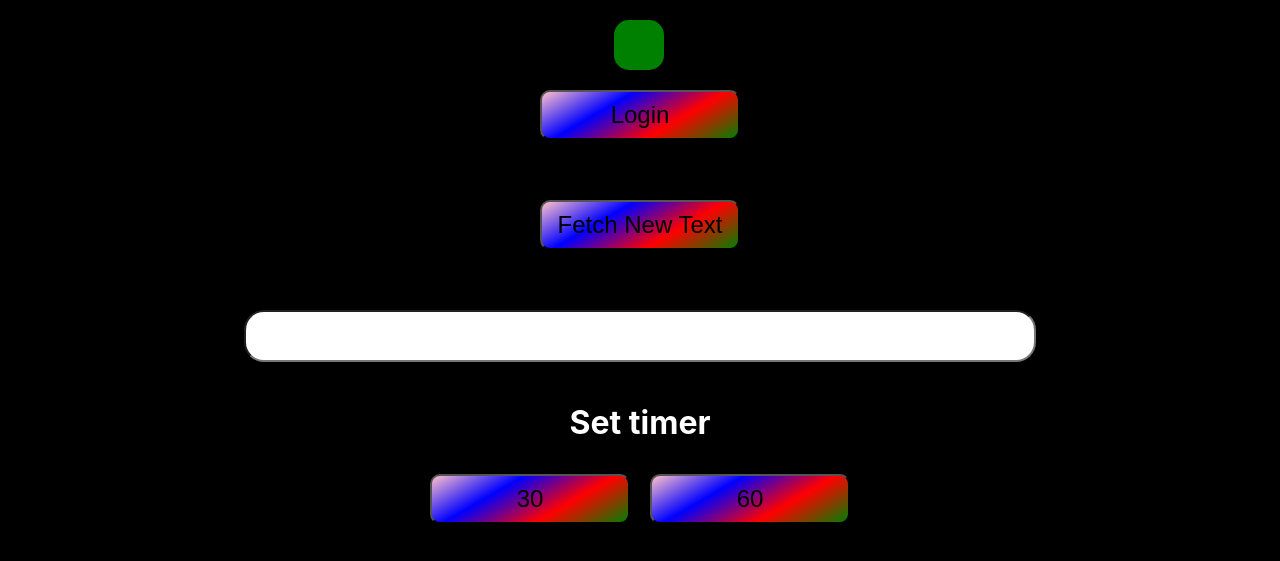
Repository: abhaysharma20233009/swiftKey
Page: / (app in frontend/my-app/)
An editor plug-in stored every save of this project. The page is shown before and after the next save, followed by the edit.
The browser window is 1280 px wide. The pictures show the whole page.
The page's requests for data from a server got no answer. The project was rebuilt for these pictures with package versions that can differ from the ones it lists, and the page was loaded fresh each time. No one was signed in, and anything a server would have sent is missing. Also part of the build but not shown: frontend/my-app/src/Results.js, frontend/my-app/src/Login.js.

Above is the page before, as saved 2024-10-10 20:34:47.

### frontend/my-app/src/App.js
//App.js

import './App.css';
import React from 'react';
import { BrowserRouter as Router, Route, Routes } from 'react-router-dom';
import Swift from './Swifts';
import Results from './Results';
import Login from './Login';
const App = () => {
    return (
        <Router>
			<div className="App">
            <Routes>
                <Route path="/" element={<Swift />} />
                <Route path="/results" element={<Results />} />
                <Route path="/login" element={<Login />} />
            </Routes>
			</div>
        </Router>
    );
};

export default App;

### frontend/my-app/src/App.css
.App {
  text-align: center;
  color:white;
}

body{
  background-color:black;
}

.log{
  color:black;
  margin-left: 10px;
  margin-right: 10px;
  background:linear-gradient(150deg,pink,blue,red,green);
  border-radius: 10px;
  height:50px;
  width:200px;
  justify-self: end;
  font-size: x-large;
  margin-top:10px;
  margin-bottom:50px;
}




.in{
  border-radius:20px;
  font-size: 24px;
  width: 60%;
  padding: 10px;
  margin: 10px 0;
}

.hea{
  margin-top: 50px;
  margin-bottom: 50px;
  margin-left:25%;
  background-color: lightgray;
  font-size: 24px;
  background-color:rgb(0, 66, 128);
  width:50%;
  height:50px;
  border-radius:30px;
  text-align: center;
}

.lo{
  text-align:center;
}
.Timer{
  height:50px;
  font-size:30px;
  margin-bottom: 10px;
  background-color:green;
  width:50px;
  margin-left:48%;
  border-radius: 15px;
}

.form{
  font-size: 30px;
  margin-top:80px;
  padding:5px;
  background:linear-gradient(150deg,pink,blue,red,green);
  background-color:rgb(169, 90, 63);
  width:60%;
  border-radius:20px;
  margin-left:20%;
}

### frontend/my-app/src/Swifts.js
import React, { useState, useEffect } from 'react';
import { useNavigate, useLocation } from 'react-router-dom';

function Swifts() {
    const [message, setMessage] = useState('');
    const [inputValue, setInputValue] = useState('');
    const [currentWordIndex, setCurrentWordIndex] = useState(0);
    const [time, setTime] = useState(0);
    const navigate = useNavigate();
    const location = useLocation();
    const [countdown, setCountdown] = useState(null);
    const  [wordTyped,setWordTyped]=useState(0);

    // Retrieve username from location state

    const username = location.state?.username || '';
   const email=location.state?.email || '';
    const fetchMessages = async () => {
        try {
            const response = await fetch('http://localhost:7000/random-paragraph');
            const data = await response.json();
            if (data && typeof data === 'string') {
                setMessage(data);
                setInputValue('');
                setCurrentWordIndex(0);
            } else {
                console.error('Invalid data format:', data);
            }
        } catch (error) {
            console.error('Error fetching messages:', error);
        }
    };

    useEffect(() => {
        fetchMessages();
    }, []);



    const handleInputChange = (e) => {
        const value = e.target.value;
        setInputValue(value);

        const words = message.split(' ');
        const currentWord = words[currentWordIndex];

        if (currentWord && currentWord.startsWith(value.trim())) {
            if (value.trim() === currentWord) {
                setCurrentWordIndex((prevIndex) => prevIndex + 1);
                setInputValue('');
            }
        }
    };

    useEffect(() => {
        if (time > 0) {
            setCountdown(time); // Set countdown to the selected time
        }
    }, [time]);

    useEffect(() => {
        if (countdown > 0) {
            const timer = setInterval(() => {

                setCountdown((prev) => prev - 1);
            }, 1000);

            return () => clearInterval(timer);
        }
    }, [countdown]);
    useEffect(() => {
        if (time > 0) {
            setWordTyped(currentWordIndex*60/time);
            const timer = setTimeout(() => {
                navigate('/results', { state: { wordTyped, username ,email} });
            }, time * 1000);

            return () => clearTimeout(timer);
        }
    }, [time,currentWordIndex, wordTyped, navigate, username ,email]);
    const words = message.split(' ');
    const currentWord = words[currentWordIndex] || '';

    return (
        <div style={{ textAlign: 'center', marginTop: '20px' }}>
              <div class="Timer">{countdown}</div>
            {username && <h2>Welcome, {username}!</h2>}
            <button className="log" onClick={() => navigate('/login')}>Login</button>
            {/* <button className="log" onClick={()=>logout(username,email)}>Logout</button> */}
            <br />
            <button className="log" onClick={fetchMessages}>Fetch New Text</button>
            <br />
            <input
                className='in'
                type="text"
                value={inputValue}
                onChange={handleInputChange}
                placeholder={currentWord.slice(inputValue.length)}
            />
            <div className="lo">
                <div style={{ fontSize: '24px', marginTop: '10px', textAlign: 'center', display: 'flex', flexWrap: 'wrap' }}>
                    {words.map((word, index) => {
                        const isCurrentWord = index === currentWordIndex;
                        const isTypedWord = index < currentWordIndex;

                        return (
                            <span
                                key={index}
                                style={{
                                    padding: '0 5px',
                                    color: isCurrentWord ? 'blue' : (isTypedWord ? 'gray' : 'white'),
                                    textDecoration: isTypedWord ? 'line-through' : 'none',
                                }}
                            >
                                {word}
                            </span>
                        );
                    })}
                </div>
            </div>
            <h1>Set timer</h1>
            <button className="log" onClick={() => setTime(30)}>30</button>
            <button className="log" onClick={() => setTime(60)}>60</button>


        </div>
    );
}

export default Swifts;

Loaded but not shown: frontend/my-app/public/index.html (common file); frontend/my-app/src/index.js (common file); frontend/my-app/src/index.css (common file); frontend/my-app/src/reportWebVitals.js (common file)

After the next save:
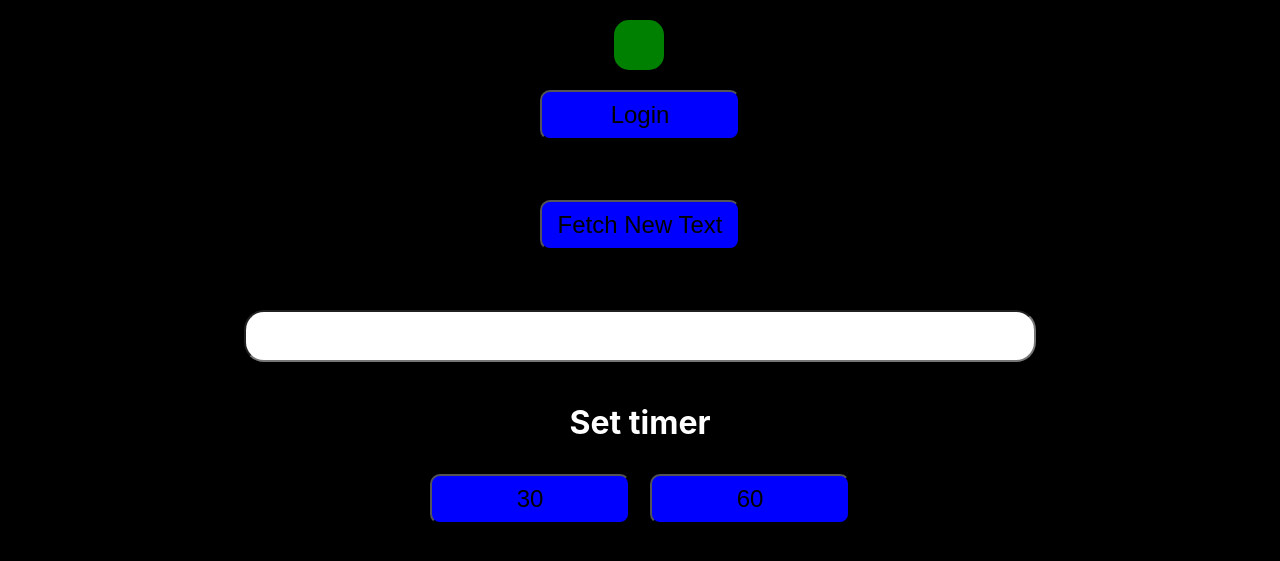
Saved 23 s later.
--- a/frontend/my-app/src/App.css
+++ b/frontend/my-app/src/App.css
@@ -11,7 +11,7 @@ body{
   color:black;
   margin-left: 10px;
   margin-right: 10px;
-  background:linear-gradient(150deg,pink,blue,red,green);
+  background-color: blue;
   border-radius: 10px;
   height:50px;
   width:200px;
